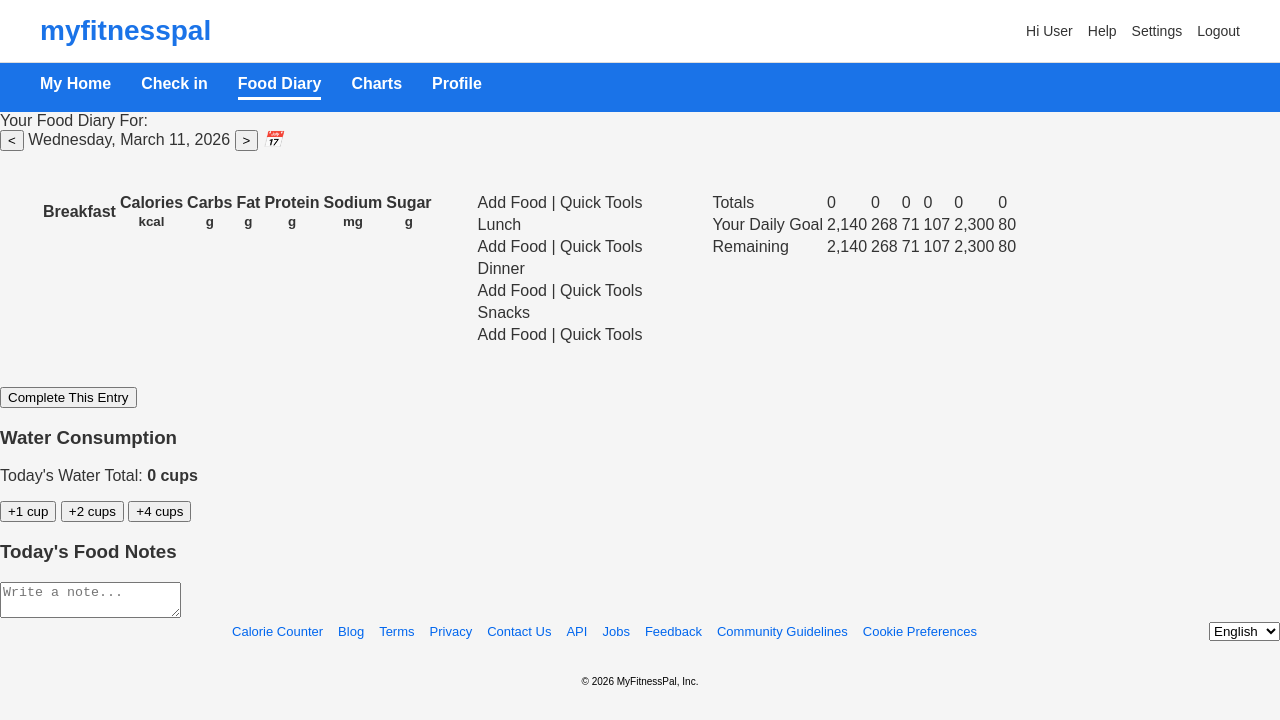
Repository: kem85/Web-Project
Page: Food-Diary.html
An editor plug-in stored every save of this project. The page is shown before and after the next save, followed by the edit.
The browser window is 1280 px wide. The pictures show the whole page.

Above is the page before, as saved 2026-03-11 15:07:08.

After the next save:
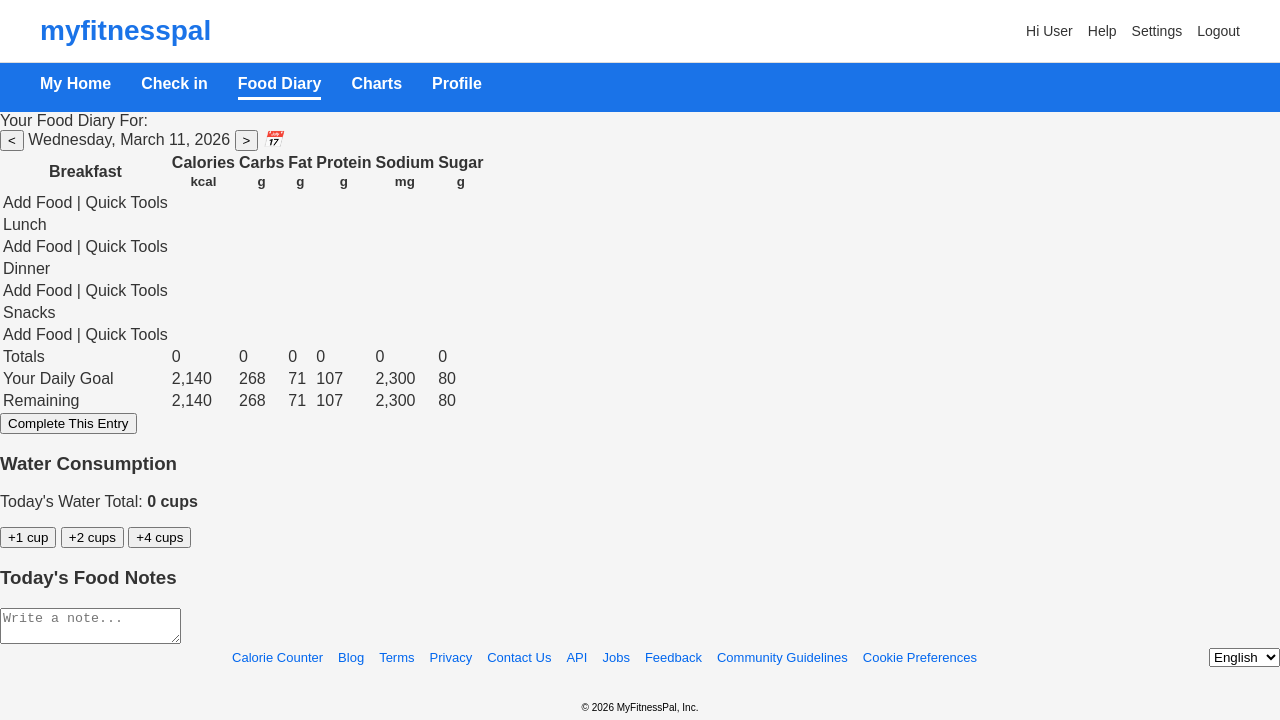
Saved 8 s later.
--- a/style.css
+++ b/style.css
@@ -116,11 +116,7 @@
 border-radius:50%;
 }
 
-.dashboard{
-display:flex;
-gap:40px;
-padding:40px;
-}
+
 
 
 /*Footer*/
